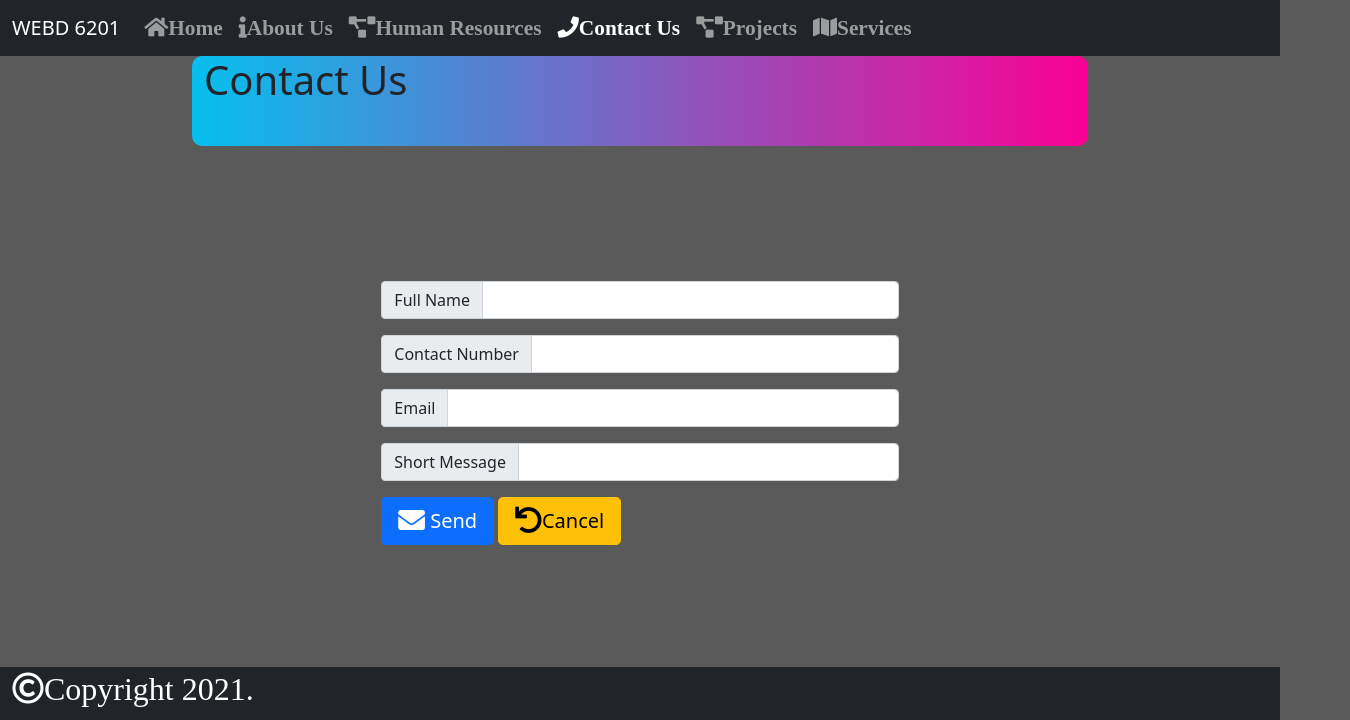
Repository: vans12345678/WEBD6201-W2021-Lab2
Page: contact.html
An editor plug-in stored every save of this project. The page is shown before and after the next save, followed by the edit.
The browser window is 1280 px wide. The page is 1280 px wide, then 1350 px, so the pictures cover 1350 px, including what lies to the right of the window. The pictures show the whole page.

Above is the page before, as saved 2021-02-24 16:42:40.

After the next save:
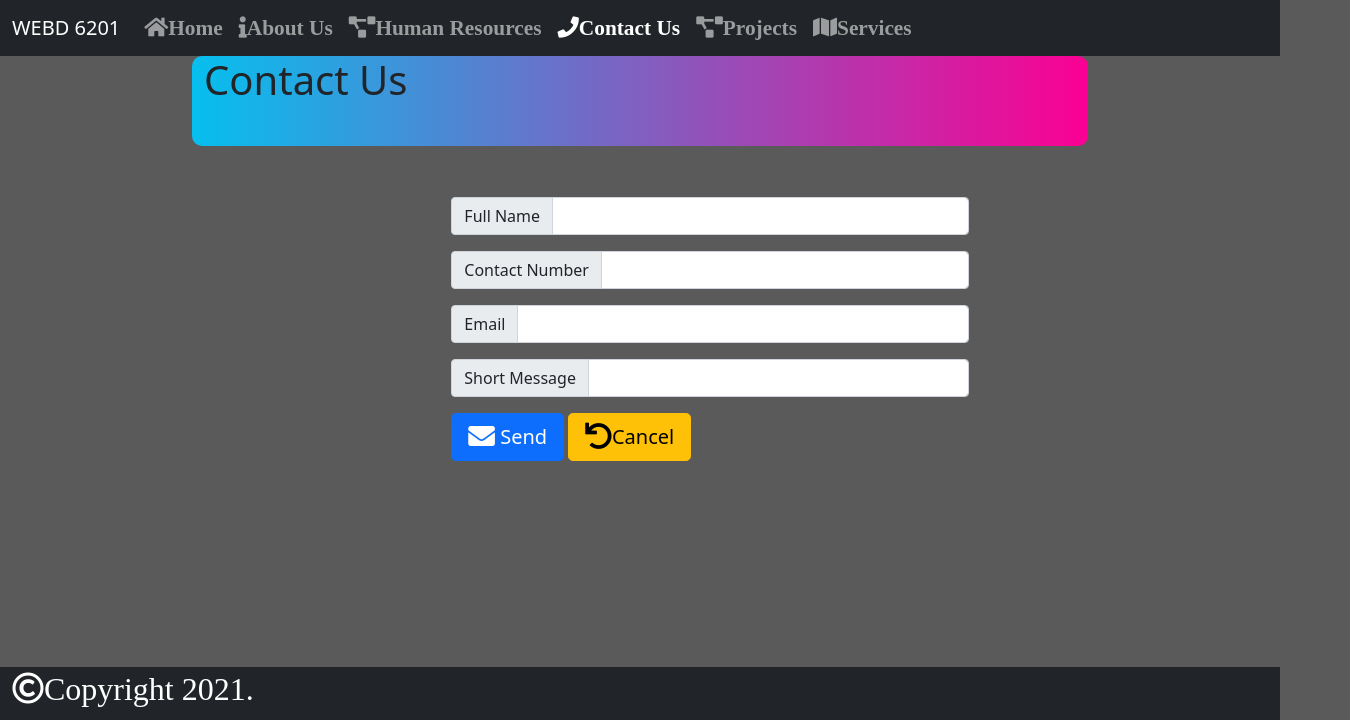
Saved 12 s later.
--- a/contact.html
+++ b/contact.html
@@ -49,8 +49,8 @@
   <!-- Main Contents -->
     <main>
         <h1 class = "container">Contact Us</h1>
-        <div class = "row justify-content-lg-center g-3 contact-form">
-          <form id = "contactForm" class = "col-col-lg-6 col-md-5 col-sm-10 formMargin">
+        <div class = "row justify-content-lg-center g-3 contact-form formMargin">
+          <form id = "contactForm" class = "col-col-lg-6 col-md-5 col-sm-10">
             <div class="warnMessage alert" id="messageArea"></div>
             <div class="input-group mb-3">
               <span class="input-group-text" id="inputGroup-sizing-default">Full Name</span>
